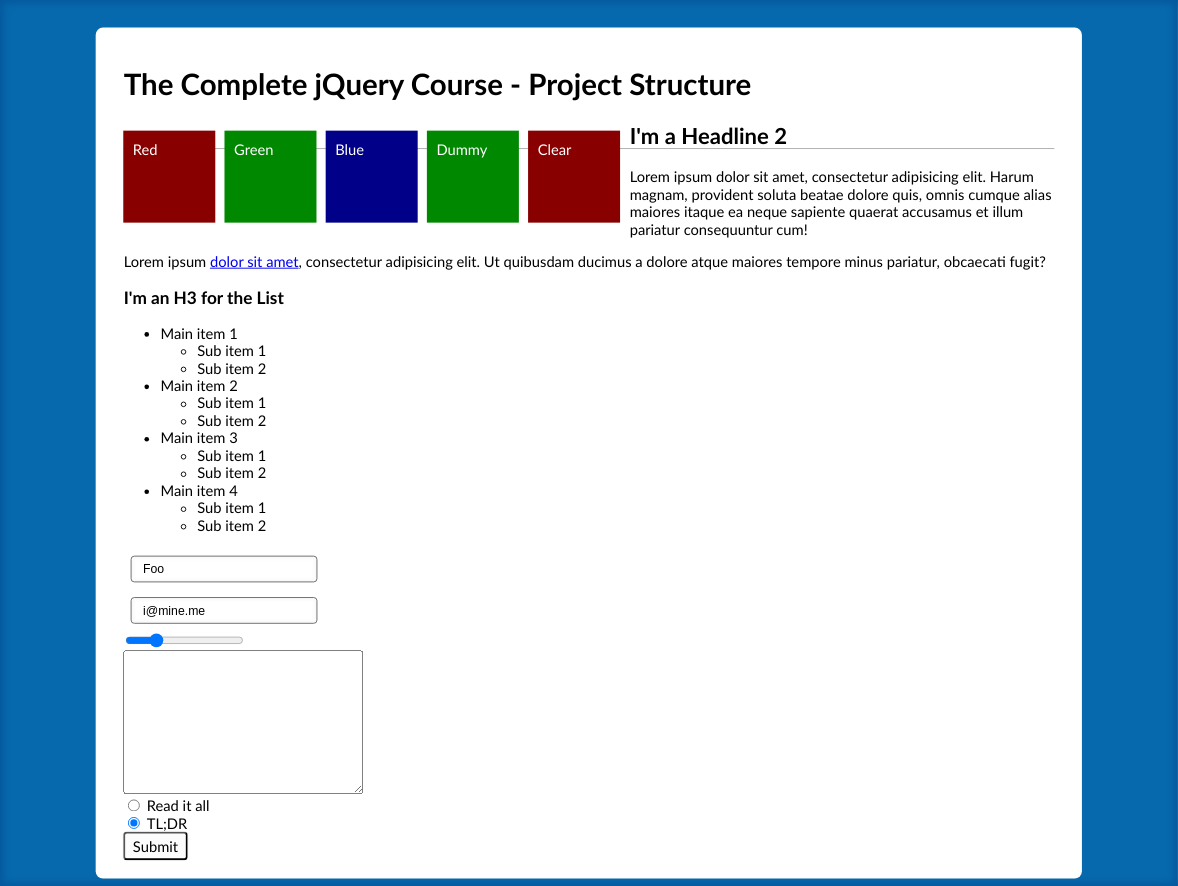
Repository: vpriyankaprabhu/Jquery-examples
Page: 05/add-remove-css-classes/index.html
An editor plug-in stored every save of this project. The page is shown before and after the next save, followed by the edit.
The browser window is 1280 px wide. The pictures show the whole page, at 92% of full size.

Above is the page before, as saved 2024-12-30 13:27:59.

After the next save:
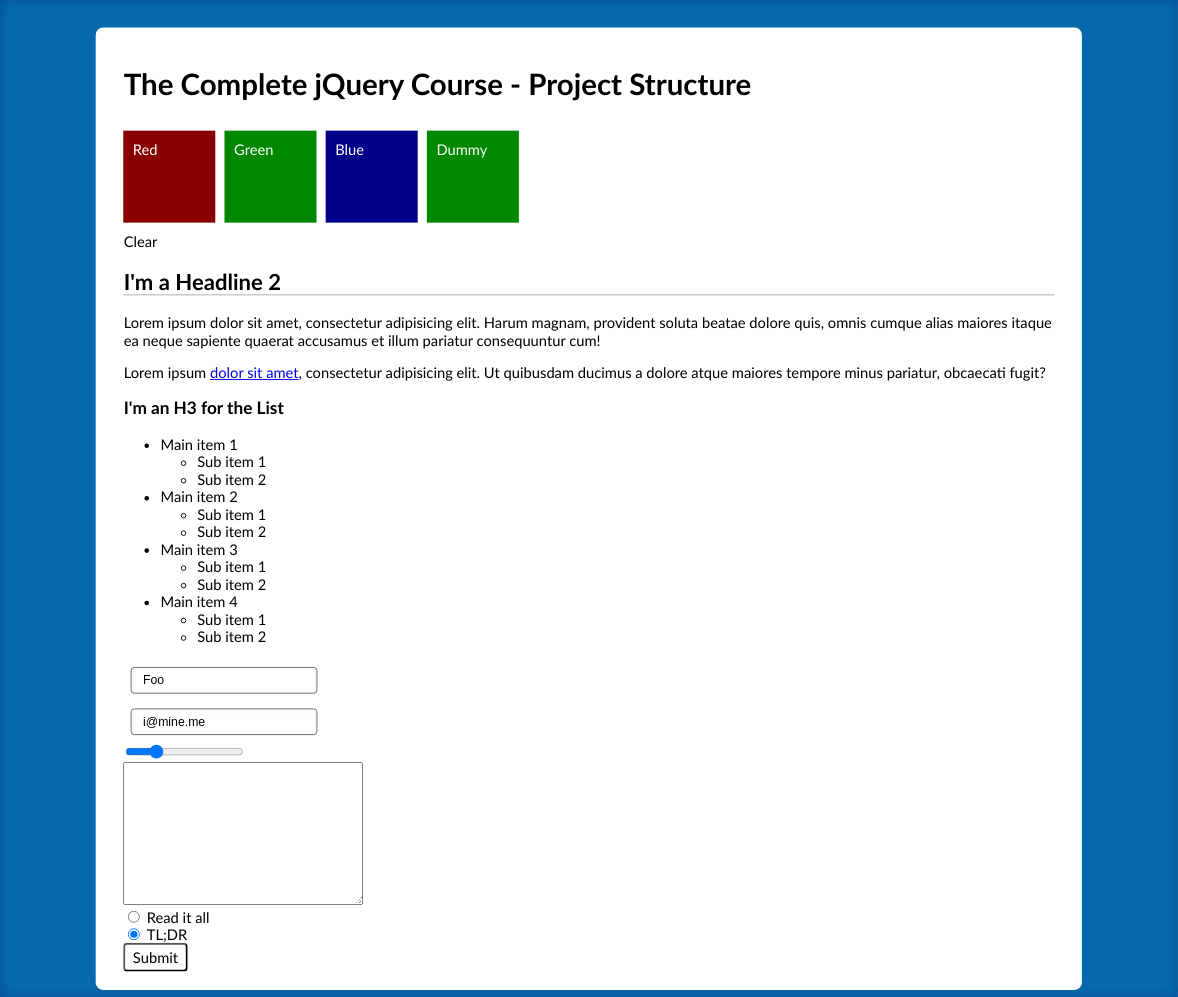
Saved 10 s later.
--- a/05/add-remove-css-classes/js/script.js
+++ b/05/add-remove-css-classes/js/script.js
@@ -35,5 +35,5 @@ $(function () {
 
 
   $(".dummy").removeClass("dummy").addClass("green-box")
-  $(".clear").removeClass("clear").addClass("red-box")
+  //$(".clear").removeClass("clear").addClass("red-box")
 });
